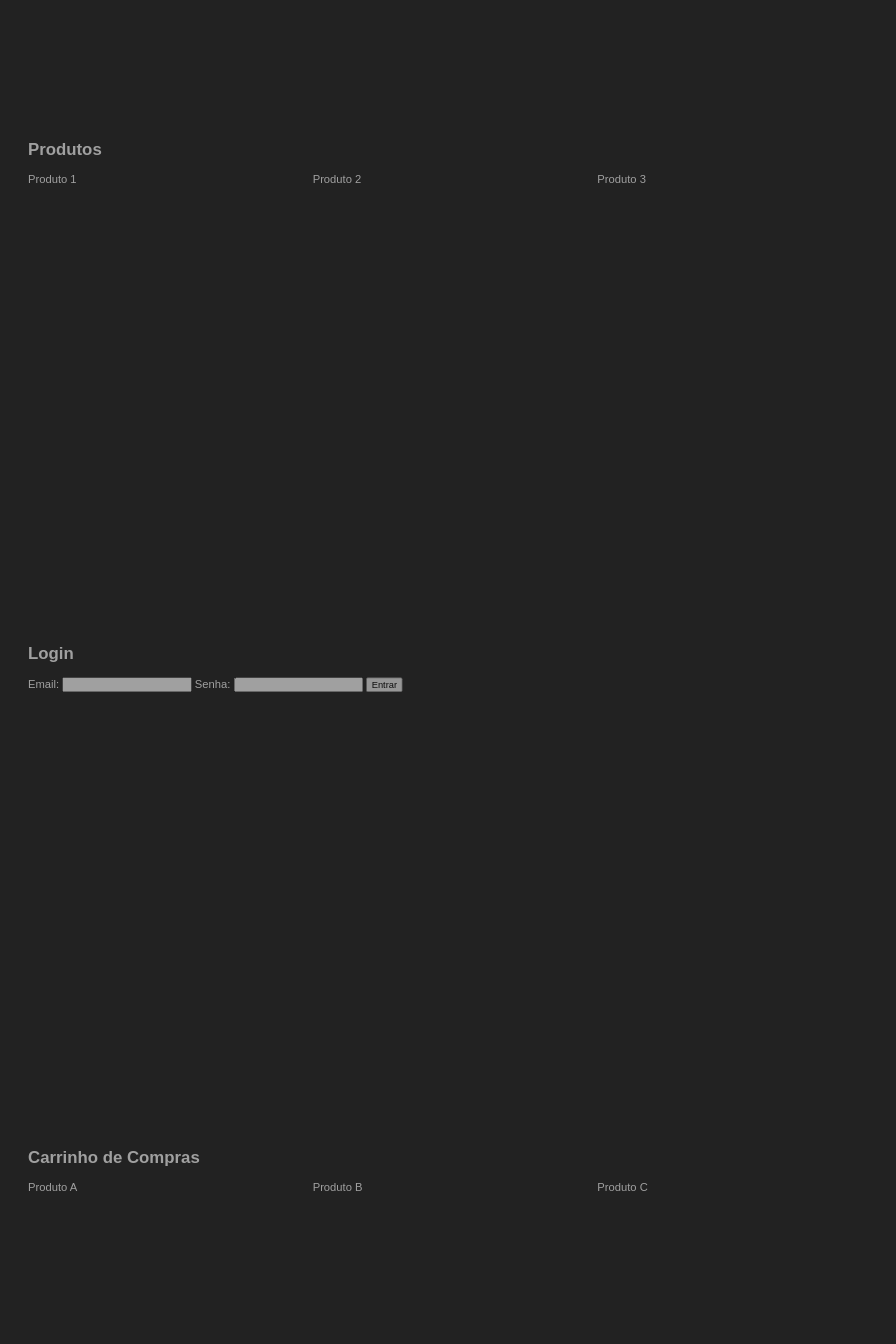
Repository: Matheus904-12/teste-2
Page: index.html
An editor plug-in stored every save of this project. The page is shown before and after the next save, followed by the edit.
The browser window is 1280 px wide. The pictures show the part of the page from y = 1483 to 3403 px (the page is 3910 px tall before and 4630 px after), at 70% of full size.
Some web libraries are served in a nearby version.

Above is the page before, as saved 2023-11-04 02:27:12.

After the next save:
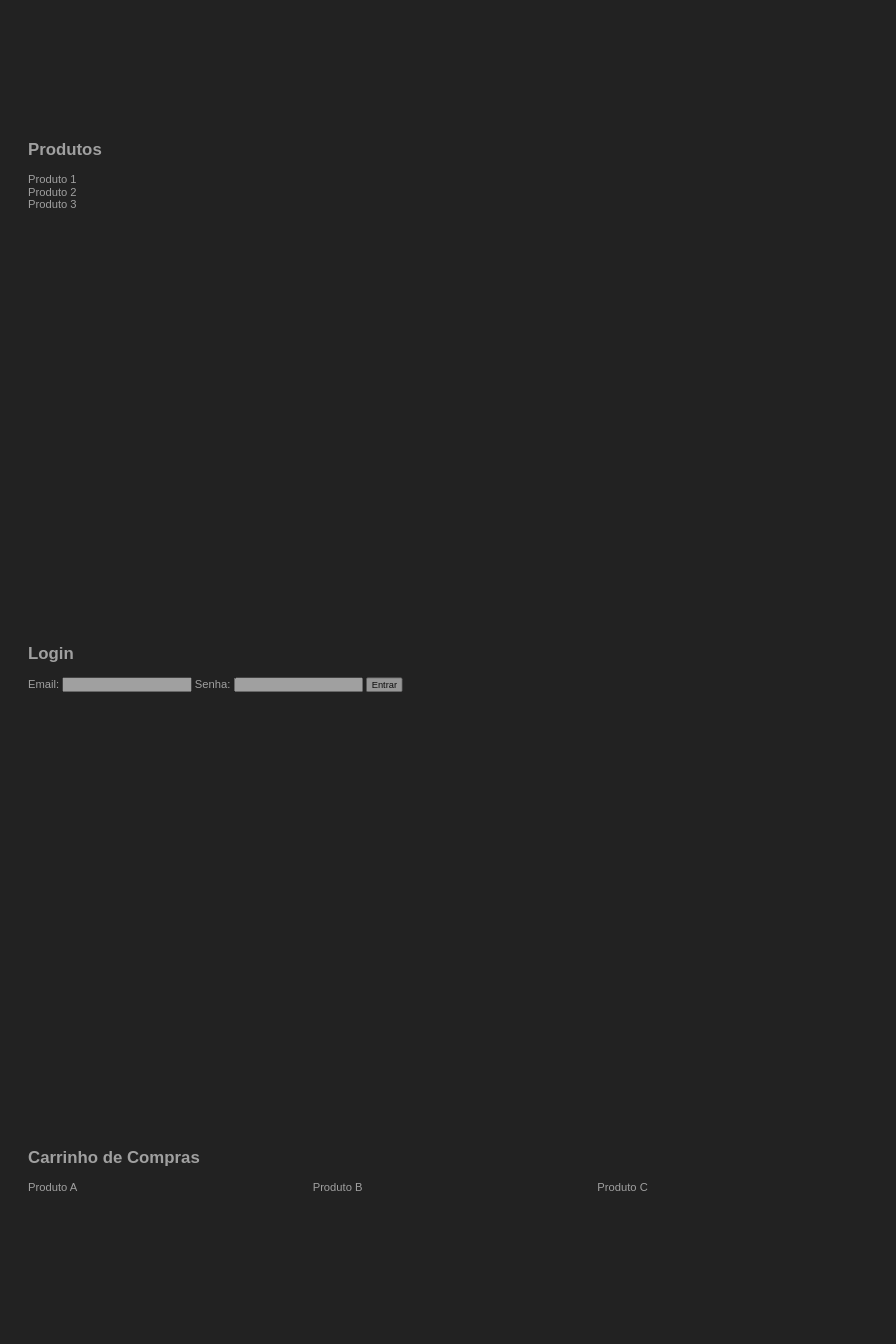
Saved 3 min 0 s later.
--- a/index.html
+++ b/index.html
@@ -41,7 +41,7 @@
         <section id="produtos" class="section">
             <div class="container">
                 <h2>Produtos</h2>
-                <div class="produtos">
+                <div class="produtos-carousel">
                     <!-- Adicione os produtos aqui -->
                     <div class="produto">Produto 1</div>
                     <div class="produto">Produto 2</div>
@@ -74,6 +74,31 @@
                 </div>
             </div>
         </section>
+        <section id="flip-cards" class="section">
+            <div class="container">
+                <h2>Flip Cards</h2>
+                <div class="flip-card">
+                    <div class="flip-card-inner">
+                        <div class="flip-card-front">
+                            <h3>Card 1</h3>
+                        </div>
+                        <div class="flip-card-back">
+                            <p>Detalhes do Card 1</p>
+                        </div>
+                    </div>
+                </div>
+                <div class="flip-card">
+                    <div class="flip-card-inner">
+                        <div class="flip-card-front">
+                            <h3>Card 2</h3>
+                        </div>
+                        <div class="flip-card-back">
+                            <p>Detalhes do Card 2</p>
+                        </div>
+                    </div>
+                </div>
+            </div>
+        </section>
     </main>
     <footer class="footer">
         <div class="container">
